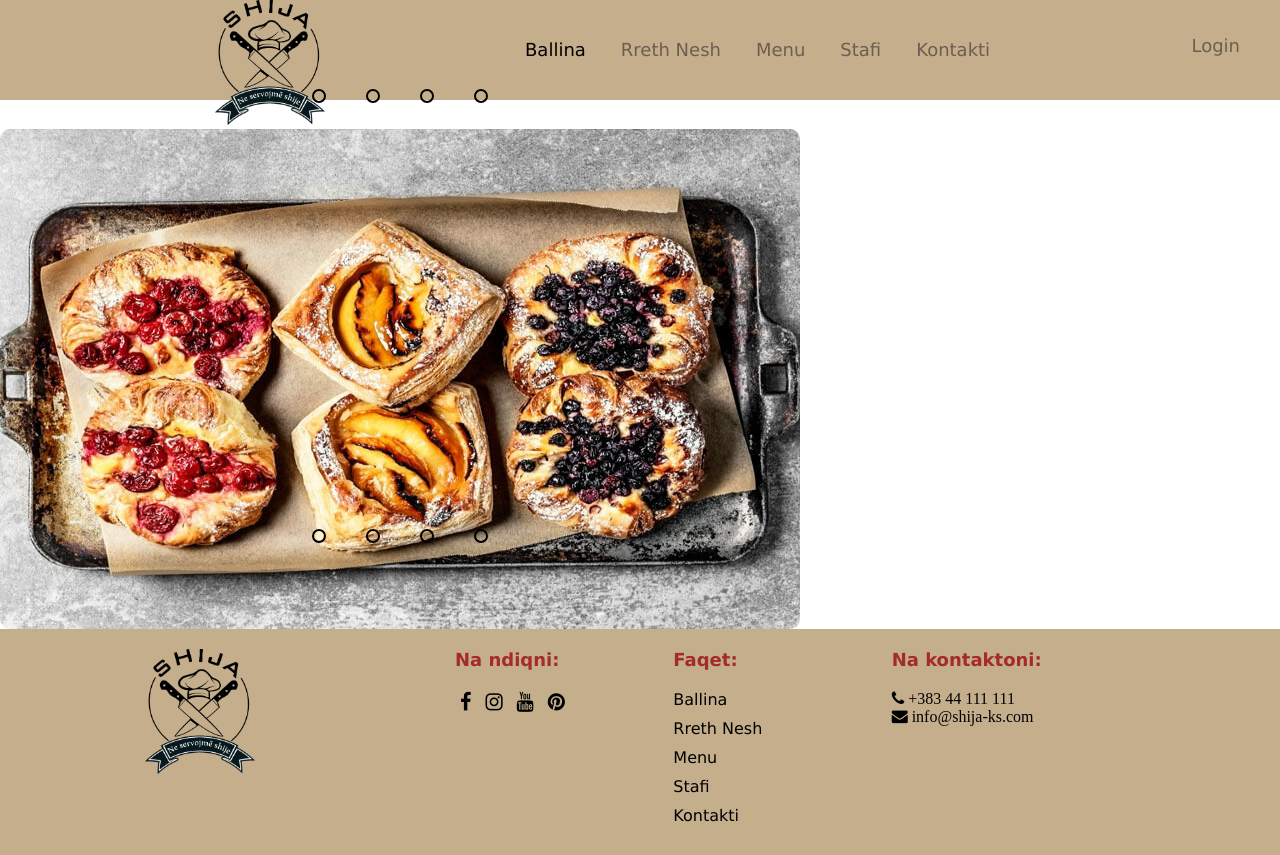
Repository: bs47892/ProjektiWeb-Shija2020
Page: http://localhost/shija.html
The author's editor kept a copy of each file at every save. The page is drawn from the files as they stood at one save, then again after the next save.
The browser window is 1280 px wide. The pictures show the whole page.
The page is run by PHP 8.4 with error messages shown; the project is at /var/www/html/.

Above is the page before, as saved 2021-02-11 17:19:39.

### shija.html
<!DOCTYPE html>
<html lang="en" dir="ltr">
    <head>
        <meta charset="utf-8">
<title> Restaurant Shija </title>
<link rel="stylesheet" type="text/css" href ="style.css">
<link rel="stylesheet" href="https://stackpath.bootstrapcdn.com/font-awesome/4.7.0/css/font-awesome.min.css">
    </head>
    <body>
       <header class="header">
           <div class ="container">
               <div class="logo">
            <img src="images/logo-png.png" alt="llogo" width="110" height="125"/>
               </div>
           <nav>
            <ul>
                <li><a href="shija.html" class="underline active">Ballina</a></li>
                <li><a href="RrethNesh.html" class="underline">Rreth Nesh</a></li>
                <li><a href="menu.html" class="underline">Menu</a></li>
                <li><a href="stafi.html" class="underline">Stafi</a></li>
                <li><a href="kontakti.html" class="underline">Kontakti</a></li>
            </ul>
            </nav>
            <li><a href="login/login.html" class="rightlog">Login</a></li>


           </div>
        </header>
 <!--********************Ketu perfundon tagu per header*****************************-->
 <!--
<div class="carousel-container">
    <i class="bi bi-arrow-left-circle" id="prevBtn"></i>
    <i class="bi bi-arrow-right-circle" id="nextBtn"></i>
    <div class="carousel-slide">
        <img src="images/6.jpg" id="lastClone">
        <img src="images/2.jpg">
        <img src="images/3.jpg">
        <img src="images/4.jpg">
        <img src="images/5.jpg">
        <img src="images/6.jpg">
        <img src="images/2.jpg" id="firstClone">
    </div>
</div>
<button id="prevBtn">Prev</button>
<button id="nextBtn">Next</button>

<script src="app.js"></script>
-->
<div class="slider">
    <dic class="slides">
        <input type="radio" name="radio-btn" id="radio1">
        <input type="radio" name="radio-btn" id="radio2">
        <input type="radio" name="radio-btn" id="radio3">
        <input type="radio" name="radio-btn" id="radio4">


        <div class="slide first">
            <img src="images/7.jpg" alt="">
        </div>
        <div class="slide">
            <img src="images/6.jpg" alt="">
        </div>
        <div class="slide">
            <img src="images/3.jpg" alt="">
        </div>
        <div class="slide">
            <img src="images/4.jpg" alt="">
        </div>

        <div class="navigation-auto">
            <div class="auto-btn1"></div>
            <div class="auto-btn2"></div>
            <div class="auto-btn3"></div>
            <div class="auto-btn4"></div>

        </div>
        <div class="navigation-manual">
            <label for="radio1" class="manual-btn"></label>
            <label for="radio2" class="manual-btn"></label>
            <label for="radio3" class="manual-btn"></label>
            <label for="radio4" class="manual-btn"></label>

        </div>
</div>

<!--**************************Ketu fillon footeri**********************************-->
<footer class="footer">
    <div class="inner_footer">
        <div class="logo">
            <img src="images/logo-png.png" alt="llogo" width="110" height="125"/>
        </div>
        <div class ="footer_third">

            <h3>Na ndiqni: </h3>
            <p>

            </p>
            <div class="socials">
            <ul>
            <li><a href="#"><i class="fa fa-facebook"></i></a></li>
            <li><a href="#"><i class="fa fa-instagram"></i></a></li>
            <li><a href="#"><i class="fa fa-youtube"></i></a></li>
            <li><a href="#"><i class="fa fa-pinterest"></i></a></li>
            </ul>
            </div>
        </div>
        <div class ="footer_third">
            <h3>Faqet: </h3>
            <p>

            </p>
            <div class="menu">
            <ul>
                <li><a href="shija.html">Ballina</a></li>
                <li><a href="RrethNesh.html">Rreth Nesh</a></li>
                <li><a href="menu.html">Menu</a></li>
                <li><a href="stafi.html">Stafi</a></li>
                <li><a href="kontakti.html">Kontakti</a></li>
            </ul>
            </div>
            </div>

        <div class ="footer_third">
            <h3>Na kontaktoni: </h3>
            <p>

            </p>
            <div class="kontakti">
                <i class="fa fa-phone"> +383 44 111 111</i>
            <i class ="fa fa-envelope"> info@shija-ks.com</i>
            </div>
        </div>





    </footer>
    </body>
</html>

### style.css
*{
    margin:0;
    padding:0;
    list-style: none;
    text-decoration: none;
}



header{
    min-height: 100px;
    background-color: rgb(196, 174, 140);
}
.logo {

    float:left;
    padding: 0 200px 0 215px;

}
nav{

}

nav ul{

}

nav ul li{
    float: left;
    line-height: 100px; /*text in the center*/
    padding-right: 15px;
}

nav ul li a{
    display: block;
    font-size: 18px;
    font-family:Verdana, Geneva, Tahoma, sans-serif;
    color:rgba(44, 37, 37, 0.582);
    padding: 0px 20px 1px 0px;

}

nav ul li a:hover{
    color:rgb(0, 0, 0);
}

.underline {
    display: inline;
    position: relative;
    user-select: none;
}



.underline::before {
    content: '';
    position: absolute;
    width: 100%;
    transform: scaleX(0);
    height: 3px;
    bottom: 0;
    left: 0;
    background-color: #000000c4;
    transform-origin: center;
    transition: transform 0.30s ease-out;
}
.underline:hover::before {
    transform: scaleX(1);
    transform-origin: center;
}

.active {
    color: black;
}
footer{
    position: relative;;    /*rreshti 47 dhe 48 e definojne poziten e footerit*/
    bottom: 0;
    width: 100vw;
    display: block;
    overflow: hidden;
    padding: 20px 0;
    box-sizing: border-box;
    background-color: rgb(196, 174, 140);
}
.inner_footer{/*kontrolloje edhe nje here qita a eshte funksionale*/
    display: block;
    margin: 0 auto;
    width: 1100px;
}
.inner_footer .logo{
   padding-left: 5%;

}
.inner_footer .footer_third{

  width: calc(21.666666667% - 20px);
  display: inline;
    float:left;
    height:100%
}
.inner_footer .footer_third:last-child{
    margin-right:0;
}
.inner_footer .footer_third h3{
    font-family: Verdana, Geneva, Tahoma, sans-serif;
    font-size:18px;
    color: brown;
    display:block;
    width: 100%;
    margin-bottom:20px;
}
.inner_footer .footer_third .socials a{
    font-family: Verdana, Geneva, Tahoma, sans-serif;

    display:block;
    color: black;
    font-weight:200;
    width: 100%;
    padding-bottom:20px;
}
.inner_footer .footer_third .socials li{
    display: inline-block;
    padding: 0 5px;
    font-size: 20px;
}
.inner_footer .footer_third .menu a{
    font-family:Verdana, Geneva, Tahoma, sans-serif;
    display:block;
    color: black;
    padding-bottom:10px;
}

.rightlog {
    float: right;
    display: block;
    font-size: 18px;
    font-family:Verdana, Geneva, Tahoma, sans-serif;
    color:rgba(44, 37, 37, 0.582);
    padding: 35px 40px 35px 35px;
}

.rightlog:hover {
    color: black;
}
/* Rreth nesh */
.body02 {
    background-image:url(images/rrethdesc.png);
    height: 600px;
    width: 1536px;
}
.about-section{
    font-family: Verdana, Geneva, Tahoma, sans-serif;
}

.inner-container{
    height: 400px;
    font-family: 'Poppins', sans-serif;
}

.inner-container h1{
    font-size: 30px;
    font-weight: 900;
}

.text{
    font-size: 20px;
    color: #545454;
    line-height: px;
    text-align: justify;

}

h1 {
    margin-left: 41%;
    padding-top: 5px;
}

h2 {
    padding-top: 50px;
    padding-left: 30px;
}

p {
    line-height: 24px;
}

/*Menu fillon ketu*/


/*Contact Form fillon ketu*/

.containerc {
    max-width: 700px;
    width: 100%;
    margin: 0% 30% 30% 28% ;
    position: relative;
  }

  #contact input[type="text"],
  #contact input[type="email"],
  #contact input[type="tel"],
  #contact input[type="url"],
  #contact textarea,
  #contact button[type="submit"] {
    font: 400 12px/16px "Roboto", Helvetica, Arial, sans-serif;
  }

  #contact {
    background: #F9F9F9;
    padding: 25px;
    margin: 150px 0;
    box-shadow: 0 0 20px 0 rgba(0, 0, 0, 0.2), 0 5px 5px 0 rgba(0, 0, 0, 0.24);
  }

  #contact h3 {
    display: block;
    font-size: 40px;
    font-weight: 300;
    margin-bottom: 10px;
    text-align:center;
    font-family: Fjalla One, sans-serif;
  }

  #contact h4 {
    margin: 5px 0 15px;
    display: block;
    font-size: 13px;
    font-weight: 400;
    text-align: center;
    font-family: Fjalla One, sans-serif;
  }

  fieldset {
    border: medium none !important;
    margin: 0 0 10px;
    min-width: 100%;
    padding: 0;
    width: 100%;
  }

  #contact input[type="text"],
  #contact input[type="email"],
  #contact input[type="tel"],
  #contact input[type="url"],
  #contact textarea {
    width: 100%;
    border: 1px solid #ccc;
    background: #FFF;
    margin: 0 0 5px;
    padding: 10px;
    font-family: Arial, Helvetica, sans-serif;
  }

  #contact input[type="text"]:hover,
  #contact input[type="email"]:hover,
  #contact input[type="tel"]:hover,
  #contact input[type="url"]:hover,
  #contact textarea:hover {
    -webkit-transition: border-color 0.3s ease-in-out;
    -moz-transition: border-color 0.3s ease-in-out;
    transition: border-color 0.3s ease-in-out;
    border: 1px solid #aaa;
    font-family: Arial, Helvetica, sans-serif;
  }

  #contact textarea {
    height: 100px;
    max-width: 100%;
    resize: none;
  }

  #contact button[type="submit"] {
    cursor: pointer;
    width: 100%;
    border: none;
    background: #000000e1;
    color: rgb(255, 255, 255);
    margin: 0 0 5px;
    padding: 10px;
    font-size: 15px;
    border: 3px solid black;
    border-radius: 10px;
  }

  #contact button[type="submit"]:hover {
    background: rgba(255, 255, 255, 0);
    color: rgb(11, 59, 11);
    border: 3px solid black;
    -webkit-transition: background 1s ease-in-out;
    -moz-transition: background 1s ease-in-out;
    transition: background-color 1s ease-in-out;
  }

  #contact button[type="submit"]:active {
    box-shadow: inset 0 1px 3px rgb(126, 0, 0);
  }

  .copyright {
    text-align: center;
  }

  .aboutlink {
    font-size: 18px;
    color: #000000;
  }

  .aboutlink:hover {
    font-size: 18.9px;
  }

  #contact input:focus,
  #contact textarea:focus {
    outline: 0;
    border: 1px solid #aaa;
  }

  ::-webkit-input-placeholder {
    color: #888;
  }

  :-moz-placeholder {
    color: #888;
  }

  ::-moz-placeholder {
    color: #888;
  }

  :-ms-input-placeholder {
    color: #888;
  }
  /*
  .carousel-container{
      width: 60%;
      margin: auto;
      overflow: hidden;
      border: 5px solid black;
      position:relative;
  }
  .carousel-slide{
      display: flex;
      width: 100%;
      height:500px;

  }
  #prevBtn{
      position: absolute;
      top: 50%;
      z-index:10;
      left:5%;
      font-size: 30px;
      cursor: pointer;

  }
  #nextBtn{
    position: absolute;
    top: 50%;
    z-index:10;
    right:5%;
    font-size: 30px;
    cursor: pointer;

}
*/
.slider{

    width:800px;
    height:500px;
    border-radius: 10px;
    overflow:hidden;


}
.slides{
    width:500%;
    height: 500px;
    display: flex;
}
.slides input{
    display: none;
}
.slide{
    width:20%;
    transition: 2s;
}
.slide img{
    width:800px;
    height:500px;
}
.navigation-manual{
position: absolute;
width:800px;
margin-top: -40px;
display: flex;
justify-content: center;

}
.manual-btn{
    border:2px solid black;
    padding: 5px;
    border-radius: 10px;
    cursor:pointer;
    transition:1s;
}
.manual-btn:not(:last-child){
    margin-right: 40px;
}
.manual-btn:hover{
    background-color: black;

}
#radio1:checked ~ .first{
    margin-left:0;
}
#radio2:checked ~ .first{
    margin-left:-20%;
}
#radio3:checked ~ .first{
    margin-left:-40%;
}
#radio4:checked ~ .first{
    margin-left:-60%;
}
/*automatic navigation*/
.navigation-auto{
    position:absolute;
    display: flex;
    width:800px;
    justify-content: center;
    margin-top:400px;
}
.navigation-auto div{
    border:2px solid black;
    padding: 5px ;
    border-radius: 10px;
    transition: 1s;

}
.navigation-auto div:not(:last-child){
    margin-right: 40px;
}
#radio1:checked ~ .navigation-auto.auto-btn1{
    background: black;
}
#radio2:checked ~ .navigation-auto.auto-btn2{
    background: black;
}
#radio3:checked ~ .navigation-auto.auto-btn3{
    background: black;
}
#radio4:checked ~ .navigation-auto.auto-btn4{
    background: black;
}

After the next save:
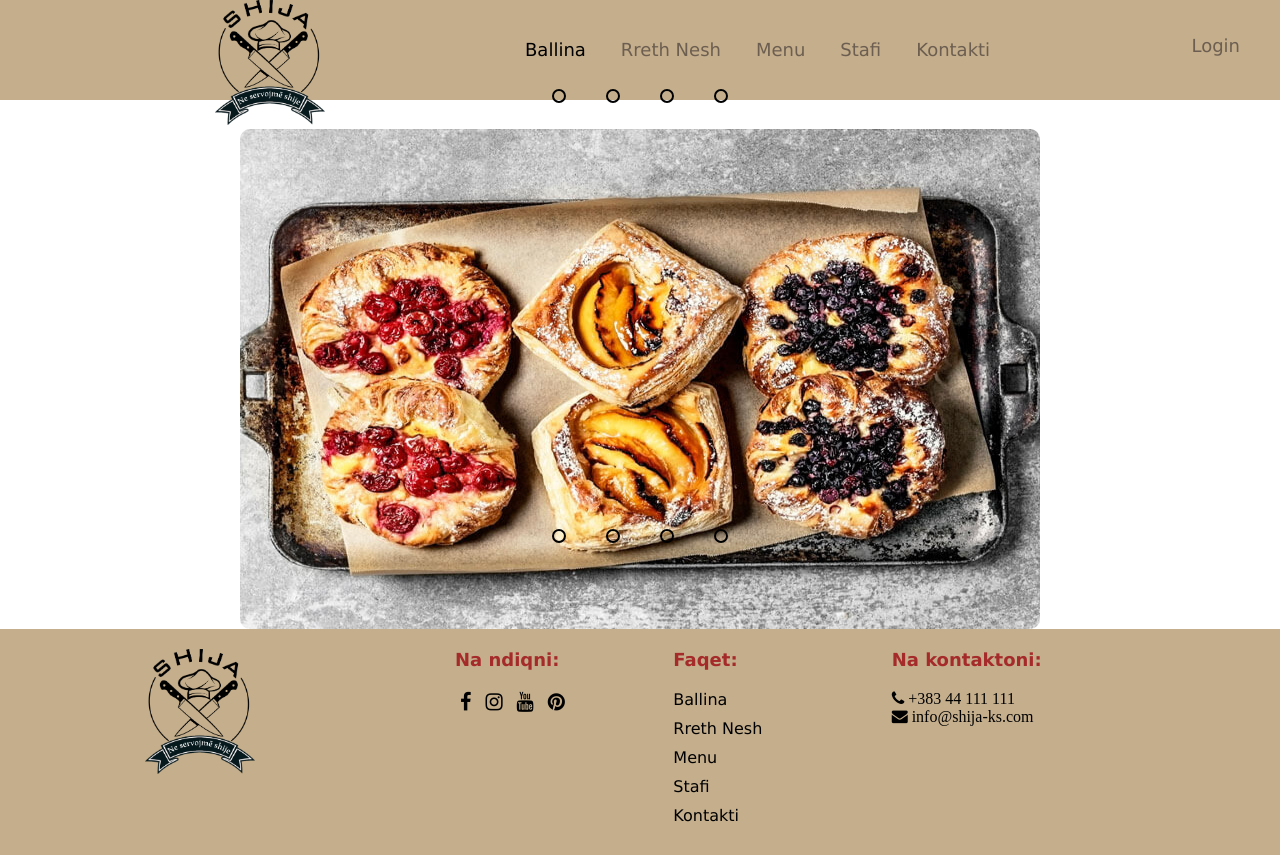
Saved 75 s later.
--- a/style.css
+++ b/style.css
@@ -363,7 +363,9 @@
 }
 */
 .slider{
-
+  display: block;
+  margin-right: auto;
+  margin-left: auto;
     width:800px;
     height:500px;
     border-radius: 10px;

After the save that followed:
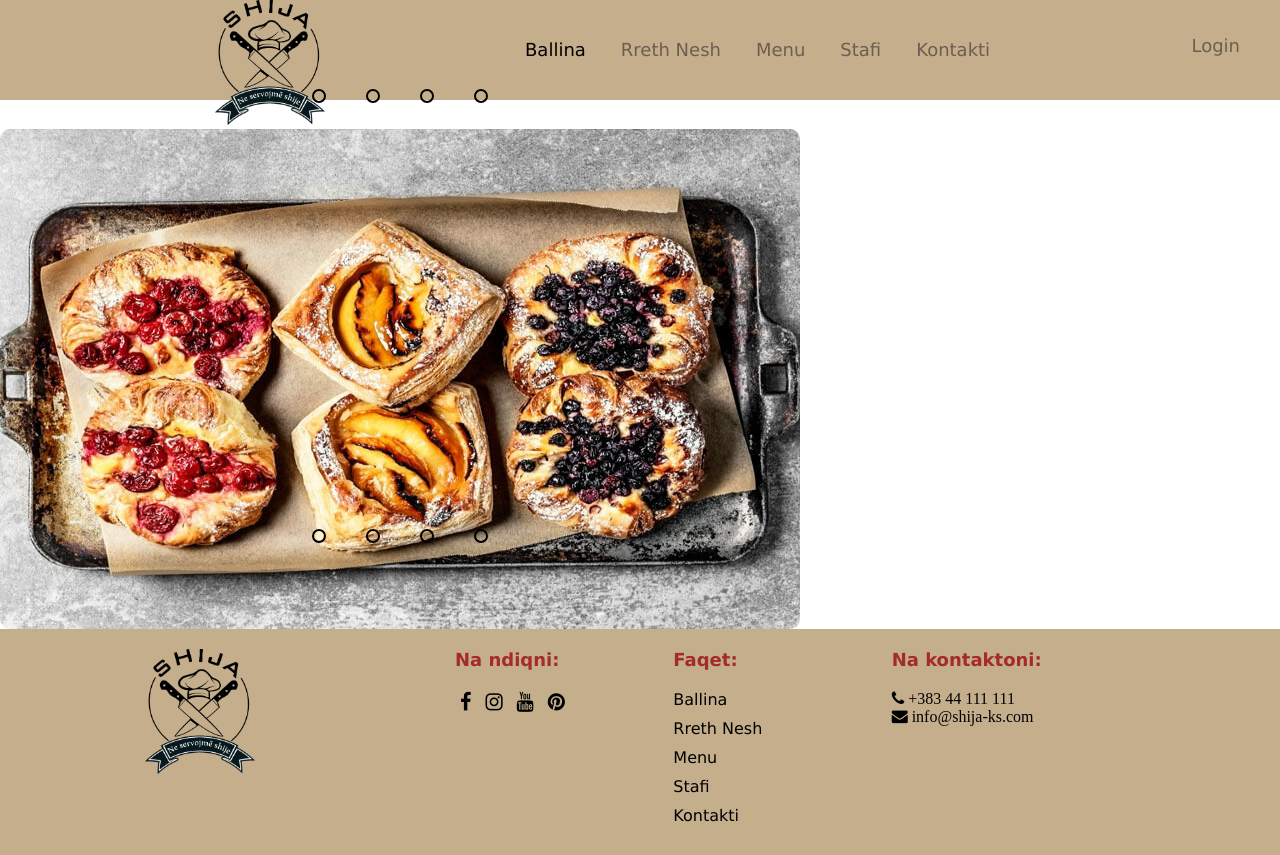
Saved 35 s later.
--- a/style.css
+++ b/style.css
@@ -363,9 +363,7 @@
 }
 */
 .slider{
-  display: block;
-  margin-right: auto;
-  margin-left: auto;
+
     width:800px;
     height:500px;
     border-radius: 10px;
